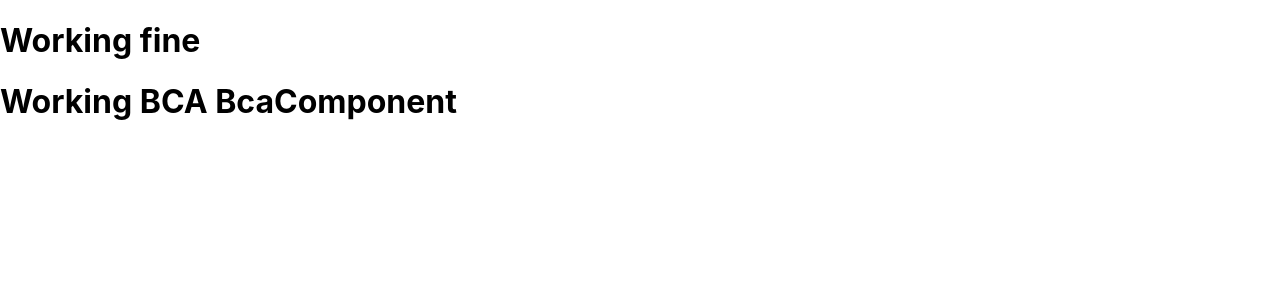
Repository: Prafullkuma/facebook
Page: /
The author's editor kept a copy of each file at every save. The page is drawn from the files as they stood at one save, then again after the next save.
The browser window is 1280 px wide. The pictures show the whole page.
The project was rebuilt for these pictures with package versions that can differ from the ones it lists, and the page was loaded fresh each time. Also part of the build but not shown: src/App.css.

Above is the page before, as saved 2020-09-04 10:07:26.

After the next save:
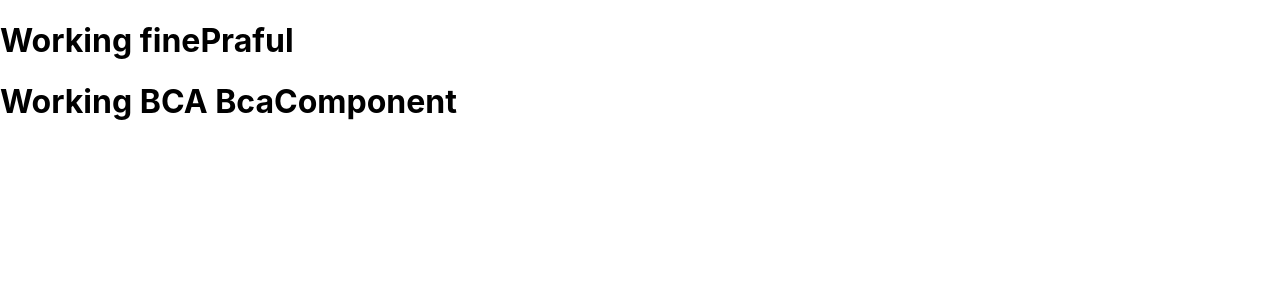
Saved 30 s later.
--- a/src/Component/ContextApi.js
+++ b/src/Component/ContextApi.js
@@ -1,7 +1,8 @@
 import React, { useEffect, useContext } from 'react'
 const myContext = React.createContext(null)
 function AbcComponent() {
-    return <h1>Working fine</h1>
+    const state = useContext(myContext)
+    return <h1>Working fine{state.name}</h1>
 }
 function BcaComponent() {
     const state = useContext(myContext)
